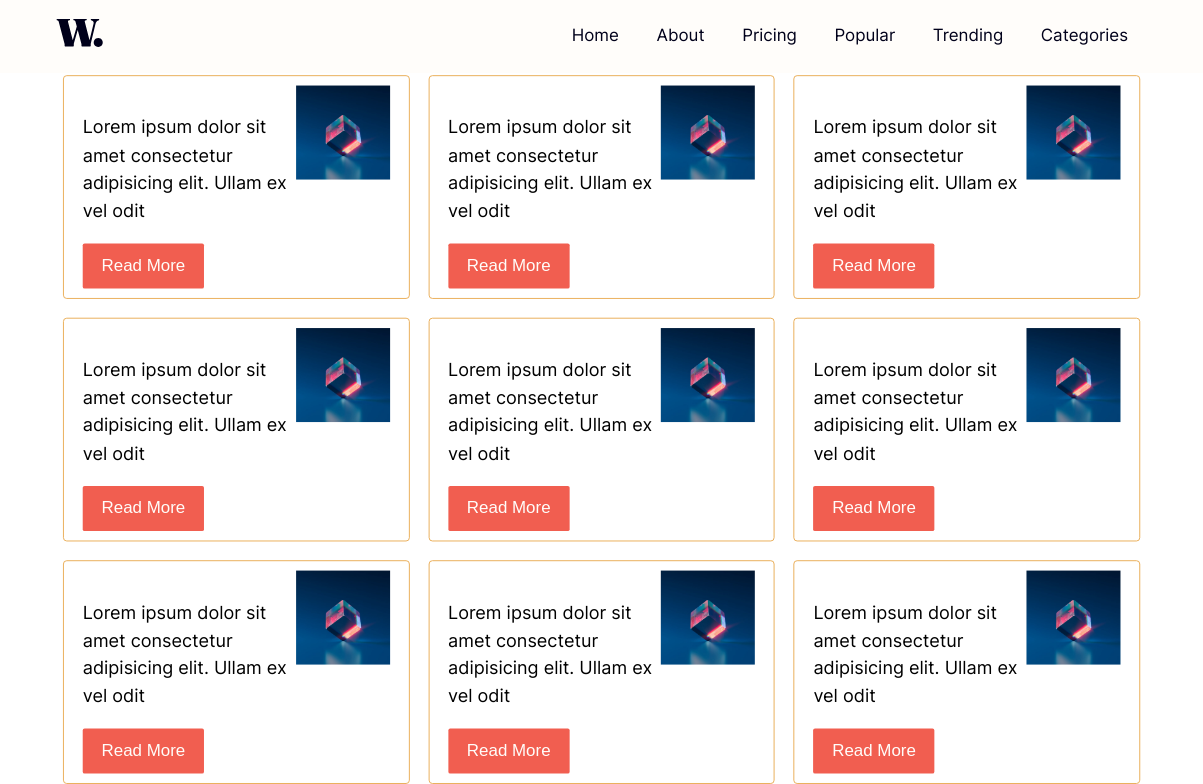
Repository: Benedict-Anthony/web3.0-blog-chain
Page: /trending
These files come from the project's save history. The page is drawn as it stood at one moment and after the next save; the edit follows.
The browser window is 1280 px wide. The pictures show the whole page, at 94% of full size.
The project was rebuilt for these pictures with package versions that can differ from the ones it lists, and the page was loaded fresh each time. The framework's server and built-in components were replaced by stand-ins that run in the browser. Also part of the build but not shown: next.config.js, styles/styles.css.

Above is the page before, as saved 2022-12-21 03:08:59.

### pages/_app.tsx
import '../styles/globals.scss'
import type { AppProps } from 'next/app'
import NavBar from '../components/NavBar'
import "@/styles/styles.css"
export default function App({ Component, pageProps }: AppProps) {
  return (
    <>
      <NavBar />
      <Component {...pageProps} />
    </>
  )
}

### pages/trending.tsx
import Layout from 'components/Layout'
import React from 'react'
import TrendingStyles from "@/styles/Trending.module.scss"
import Trending from 'components/Trending'
import { GetStaticProps } from 'next';

export const getStaticProps: GetStaticProps = async () => {
    // const apiKey = process.env.REACT_APP_RAPID_API_KEY || ""
    // const apiHost = process.env.REACT_APP_RAPID_NEWS_API_HOST || ""
    // // const params = {q: 'crytocurrency', freshness: 'Day', textFormat: 'Raw', safeSearch: 'Off'}
    // const url = `https://bing-news-search1.p.rapidapi.com/news/search?q=cryptocurrency&safeSearch=Off&textFormat=Raw&freshness=Day&count=100`
    // const config = {
    //     headers: {
    //         'X-RapidAPI-Key': apiKey,
    //         'X-RapidAPI-Host':apiHost,
    //         // "Accept-Language": "EN"
    //     }
    // }


    // const response = await fetch(url, config)
    // const data = await response.json()
    // console.log(data)
    return {
        props: {
            // news:data.value
            news:[1,2,3,4,5,6,7,8,9]
        }
    }
}
type TrendingProps = {
    news: {
        id: number
        name: string
        date: string
        slug: string
        image: { thumbnail: { contentUrl: string } }
        description:string
    }[]
}
const TrendingPage = ({news}:TrendingProps) => {

  return (
    <Layout>
          <section className={TrendingStyles.section}>
          {news.map((item) => (
              <Trending news={item} key={item.id}/>
          ))}



              </section>
    </Layout>

  )
}

export default TrendingPage

### styles/globals.scss
:root{
  --SoftOrange: hsl(35, 77%, 62%);
  --SoftRed: hsl(5, 85%, 63%);

  --Red: hsl(0, 78%, 62%);
  --Cyan: hsl(180, 62%, 55%);
  --Orange: hsl(34, 97%, 64%);
  --Blue: hsl(212, 86%, 64%);

  --OffWhite: hsl(36, 100%, 99%);
  --GrayishBlue: hsl(233, 8%, 79%);
  --DarkGrayishBlue: hsl(236, 13%, 42%);
  --VeryDarkBlue: hsl(240, 100%, 5%);
}

@font-face{
  font-family: "Inter";
  src: url("/landing/assets/fonts/static/inter-Bold.ttf");
  src: url("/landing/assets/fonts/static/inter-ExtraBold.ttf");
  src: url("/landing/assets/fonts/static/inter-Regular.ttf");
}

*::after, *::before, *{
  padding: 0;
  margin: 0;
  box-sizing: border-box;
  transition: all .3s ease;
  line-height: 1.54em;
}


ul,li{
  list-style: none;
}

html{
  scroll-behavior: smooth;
}

body{
  font-family: "Inter";
}

.swiper {
    overflow: visible;
}

### components/NavBar.tsx
import React from 'react'
import {useState} from "react"
import Image from 'next/image'
import Link from 'next/link';
import NavBarStyles from "@/styles/navBar.module.scss";

const NavBar = () => {
  const [mobileActive, setMobileActive] = useState(false)
  return (

        <header className={NavBarStyles.header}>
          <nav className={NavBarStyles.nav}>
               <div className="logo">
                <Image src="/landing/assets/images/logo.svg" alt="" width={50} height={30} />
              </div>

              <ul style={{
                right: mobileActive ? "0" : "calc(100vw + 50px)"
              }}>
                  <li><Link href={"/"}>Home</Link></li>
                  <li><Link href={"/about"}>About</Link></li>
                  <li><Link href={"/pricing"}>Pricing</Link></li>
                  <li><Link href={"/popular"}>Popular</Link></li>
                  <li><Link href={"/trending"}>Trending</Link></li>
                  <li><Link href={"/categories"}>Categories</Link></li>

              </ul>

                  <div className={NavBarStyles.toggler} onClick={() => setMobileActive(!mobileActive)}>
                      <Image src={`/landing/assets/images/${mobileActive ? "icon-menu-close.svg" : "icon-menu.svg"}`} alt="" width={25} height={20} />
            </div>

         </nav>
    </header>

  )
}

export default NavBar

### components/Layout.tsx
import React from 'react'
import UtilsStyles from "@/styles/Utils.module.scss";
import {ReactNode} from "react"

type layoutProps = {
    children: ReactNode
}
const Layout = ({children}:layoutProps) => {
  return (
    <main className={UtilsStyles.container}>
      <section className={UtilsStyles.spaceY}>
        {children}
      </section>
      </main>
  )
}

export default Layout

### styles/Trending.module.scss
.article{
    border: 1px solid var(--SoftOrange);
    border-radius: 4px;

    &:hover{
        transform: scale(.99);
    }
    div{
        width: 100%;
        position: relative;
        img{
            width: 100px;
            float: right;
        }
        span{
            font-size: 1.1rem;
            color: var(--SoftRed);
            position: absolute;
            top: 30px;
            left: 30px;
       }
    }

    div{
        padding: 10px 20px;
        // text-align: center;
        p{
            padding: 10px 0;
            font-size: 1.2rem;
            // text-align:left;
        }
    }
}

.section{
    display: grid;
    grid-template-columns: repeat(auto-fit, minmax(22rem, 1fr));
    justify-content: space-between;
    align-items: center;
    gap: 20px;
}

### components/Trending.tsx
import React from 'react'
import TrendingStyles from "@/styles/Trending.module.scss"
import Button from './Button'
type TrendingProps = {
    news: {
        id: number
        name: string
        date: string
        slug: string
        image:{thumbnail:{contentUrl:string}}
    }
}

const Trending = ({news}:TrendingProps) => {
  return (
    <article className={TrendingStyles.article}>
          <div className='img'>
              {/* <img src={news.image ? news.image.thumbnail.contentUrl : "nft/images/image-equilibrium.jpg"} alt="" /> */}
              <img src={"nft/images/image-equilibrium.jpg"} alt="" />
              <span>{news.date}</span>
          </div>

          <div>
        {/* <p>{news.name}</p> */}

              <p>Lorem ipsum dolor sit amet consectetur adipisicing elit. Ullam ex vel odit </p>
              <Button title='read more'/>
          </div>
    </article>
  )
}

export default Trending

### styles/navBar.module.scss
.header{
    position: fixed;
    top: 0;
    right: 0;
    left: 0;
    // max-width: 1160px;
    margin: 0 auto;
    padding: 20px;
     background-color: var(--OffWhite);
     z-index:10;
    //  box-shadow:  2px 1px 3px var(--DarkGrayishBlue);
}

.nav{
    display: flex;
    justify-content: space-between;
    align-items: center;
     max-width: 1160px;
    margin: 0 auto;

    .logo{
        width: 50px;
    }

    ul{
        display: flex;
        align-items: center;
        justify-content: space-between;

        li{
            margin: 0 20px;

            a{
                text-decoration: none;
                font-size: 18px;
                color: var(--VeryDarkBlue);
                font-family: "Inter";
                font-weight: 400;
                &:hover{
                    color: var(--SoftRed);
                    cursor: pointer;
                }
            }
        }
    }

    @media(max-width:767px) {
        ul{
            position: absolute;
            top: 0;
            width: 80%;
            background-color: var(--OffWhite);
            box-shadow: 2px 2px 3px var(--DarkGrayishBlue);
            height: 100vh;
            flex-flow: column;
            justify-content: center;
            align-items: flex-start;
            padding-left: 10px;

            li{
                margin: 20px 0;

                a{
                    font-size: 22px;
                }
            }

        }


    }
}



.toggler{
        display: none;


        @media(max-width:767px) {
            display: block;
            z-index: 10;
        }
    }

### styles/Utils.module.scss
.container{
    max-width: 1160px;
    margin: 0 auto;
    overflow:hidden;
    padding: 0 7px;
}

.spaceY{
    padding-top: 2.5rem;
    margin-top: 2.5rem;
}

### components/Button.tsx
import React from 'react'
import ButtonbStyles from "@/styles/Button.module.scss"
type ButtonProps = {
    title:string
}
const Button = ({title}: ButtonProps) => {
  return (
    <button className={ButtonbStyles.button}>
      {title}
    </button>
  )
}

export default Button

### styles/Button.module.scss
.button{
    display: inline-block;
    color: var(--OffWhite);
    padding: 10px 20px;
    border: 0;
    background-color: var(--SoftRed);
    margin-top: 10px;
    font-size: 18px;
    border-radius: 2px;
    text-transform: capitalize;

    &:hover{
        cursor: pointer;
        background-color: var(--VeryDarkBlue);
    }
}

After the next save:
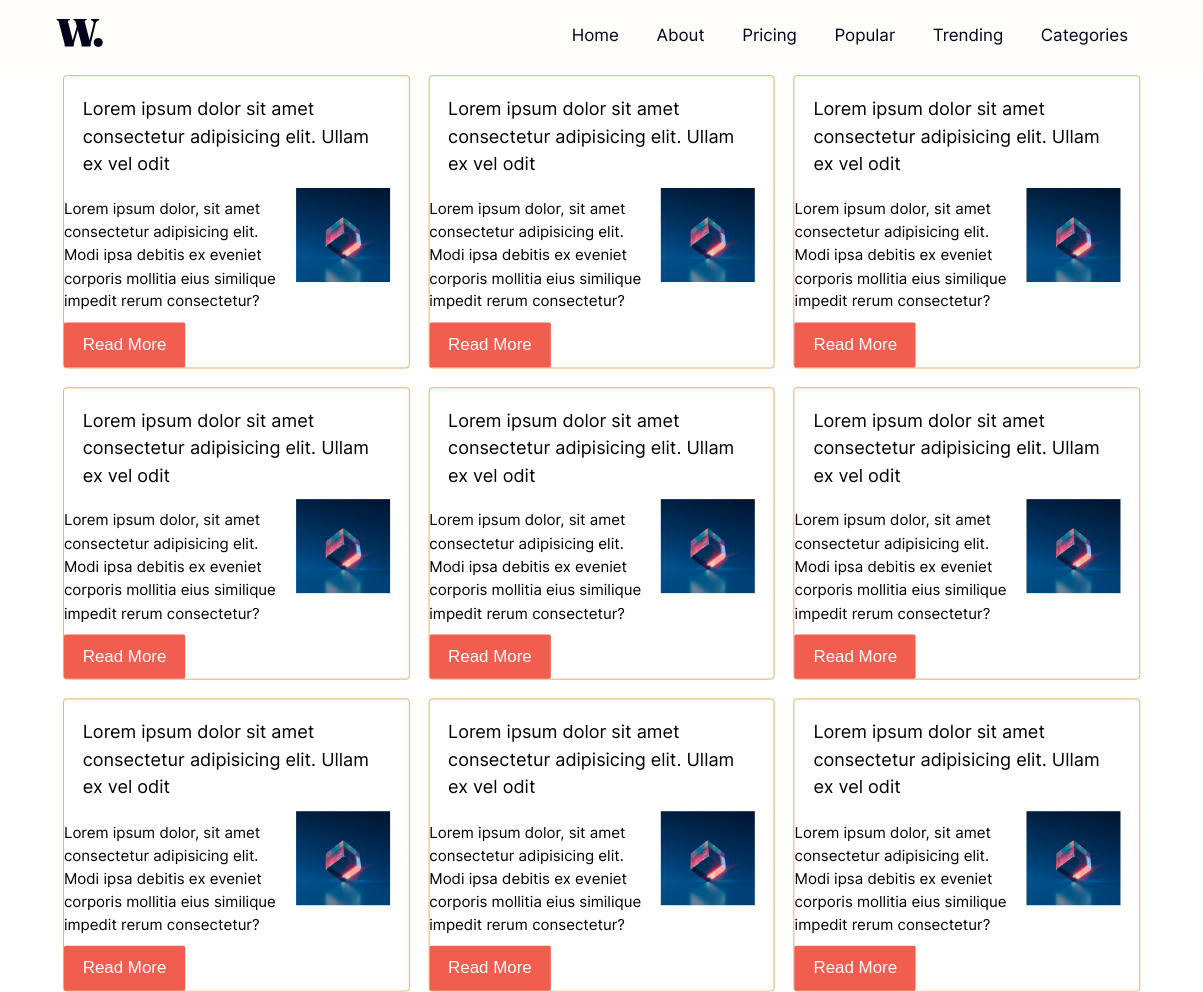
Saved 53 s later.
--- a/components/Trending.tsx
+++ b/components/Trending.tsx
@@ -7,25 +7,28 @@ type TrendingProps = {
         name: string
         date: string
         slug: string
-        image:{thumbnail:{contentUrl:string}}
+      image: { thumbnail: { contentUrl: string } }
+        description:string
     }
 }
 
 const Trending = ({news}:TrendingProps) => {
   return (
     <article className={TrendingStyles.article}>
-          <div className='img'>
+      <div>
+              <p>Lorem ipsum dolor sit amet consectetur adipisicing elit. Ullam ex vel odit </p>
+
               {/* <img src={news.image ? news.image.thumbnail.contentUrl : "nft/images/image-equilibrium.jpg"} alt="" /> */}
               <img src={"nft/images/image-equilibrium.jpg"} alt="" />
               <span>{news.date}</span>
           </div>
 
-          <div>
-        {/* <p>{news.name}</p> */}
+          {/* <div> */}
+        {/* <p>{news.description}</p> */}
+        <p>Lorem ipsum dolor, sit amet consectetur adipisicing elit. Modi ipsa debitis ex eveniet corporis mollitia eius similique impedit rerum consectetur?</p>
 
-              <p>Lorem ipsum dolor sit amet consectetur adipisicing elit. Ullam ex vel odit </p>
               <Button title='read more'/>
-          </div>
+          {/* </div> */}
     </article>
   )
 }
